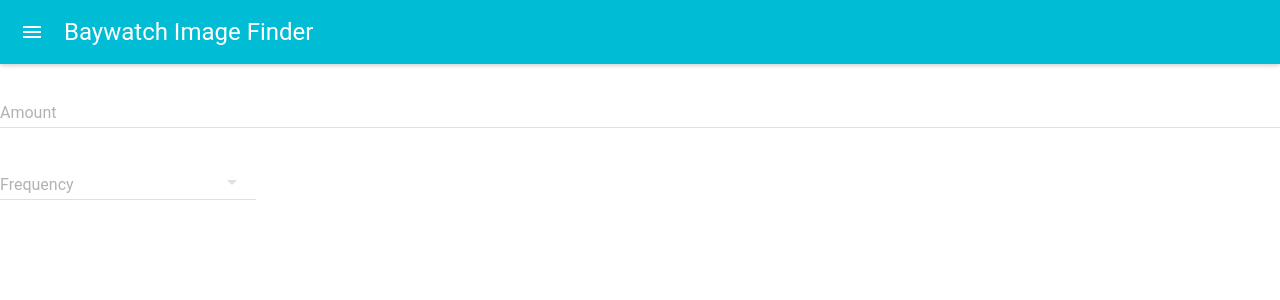
Repository: konstantin0s/pixaBay-api
Page: /
These files come from the project's save history. The page is drawn as it stood at one moment and after the next save; the edit follows.
The browser window is 1280 px wide. The pictures show the whole page.
The project was rebuilt for these pictures with package versions that can differ from the ones it lists, and the page was loaded fresh each time. Also part of the build but not shown: src/App.css.

Above is the page before, as saved 2019-05-10 20:50:33.

After the next save:
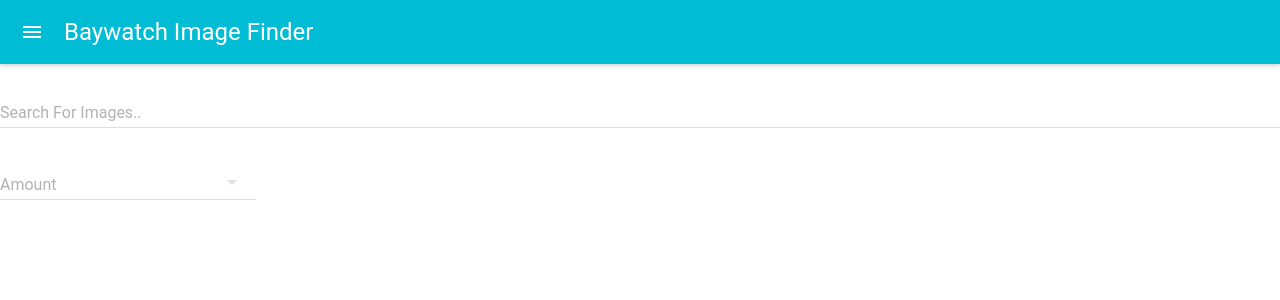
Saved 80 s later.
--- a/src/components/search/Search.js
+++ b/src/components/search/Search.js
@@ -18,13 +18,13 @@
         name="amount"
         value={this.state.searchText}
         onChange={this.onTextChange}
-        floatingLabelText="Amount"
+        floatingLabelText="Search For Images.."
         fullWidth={true}
       />
       <br />
       <SelectField
       name="amount"
-      floatingLabelText="Frequency"
+      floatingLabelText="Amount"
       value={this.state.value}
       onChange={this.handleChange}
       >
